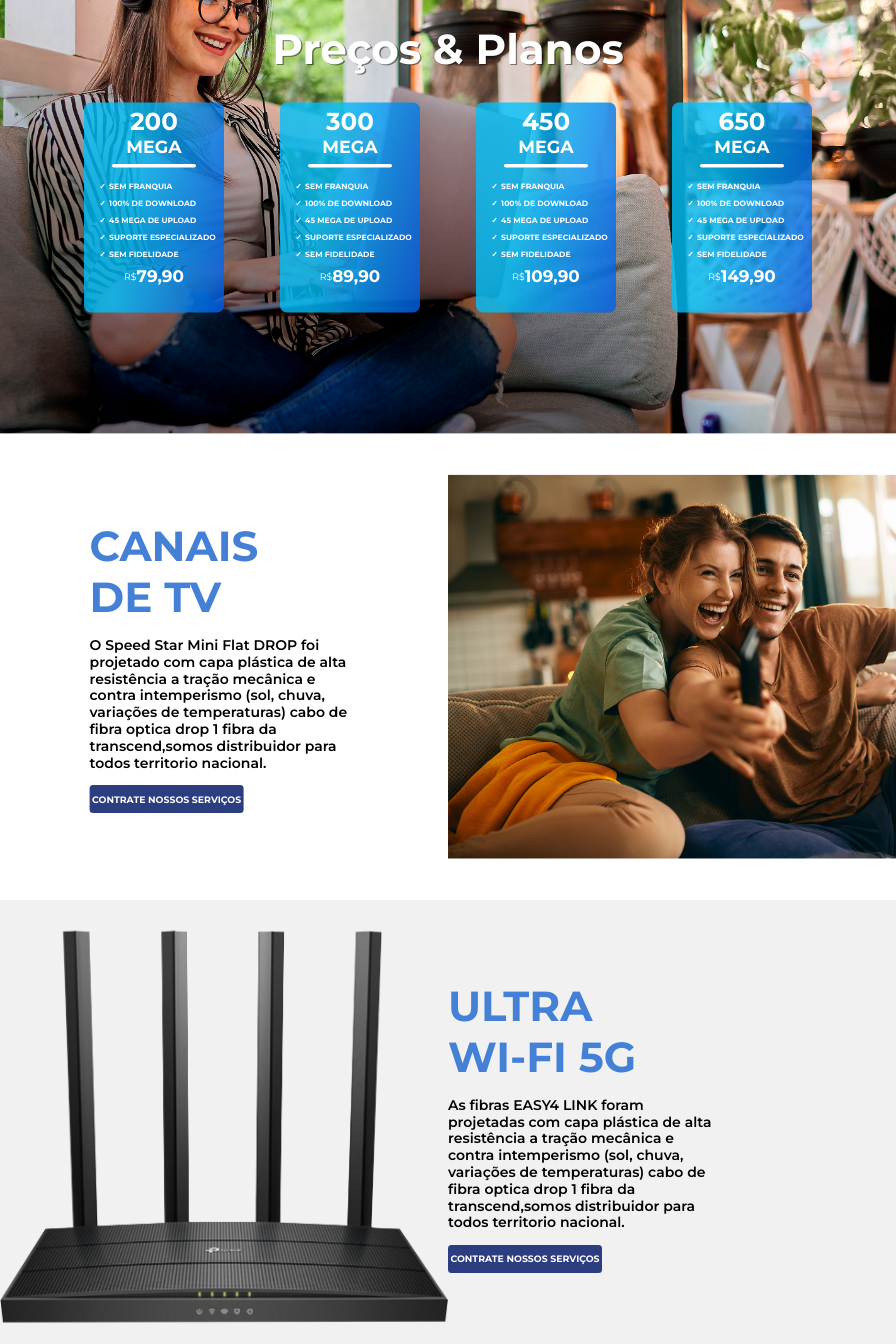
Repository: mateus-henrique-silva/WorkBandaLarga
Page: site_work/src/Pages/campos.html
These files come from the project's save history. The page is drawn as it stood at one moment and after the next save; the edit follows.
The browser window is 1280 px wide. The pictures show the part of the page from y = 1078 to 2998 px (the page is 5184 px tall), at 70% of full size.
Backgrounds fixed to the window are drawn as part of the page. Some web fonts or font styles are not loaded; a fallback is used.

Above is the page before, as saved 2022-09-20 16:07:08.

After the next save:
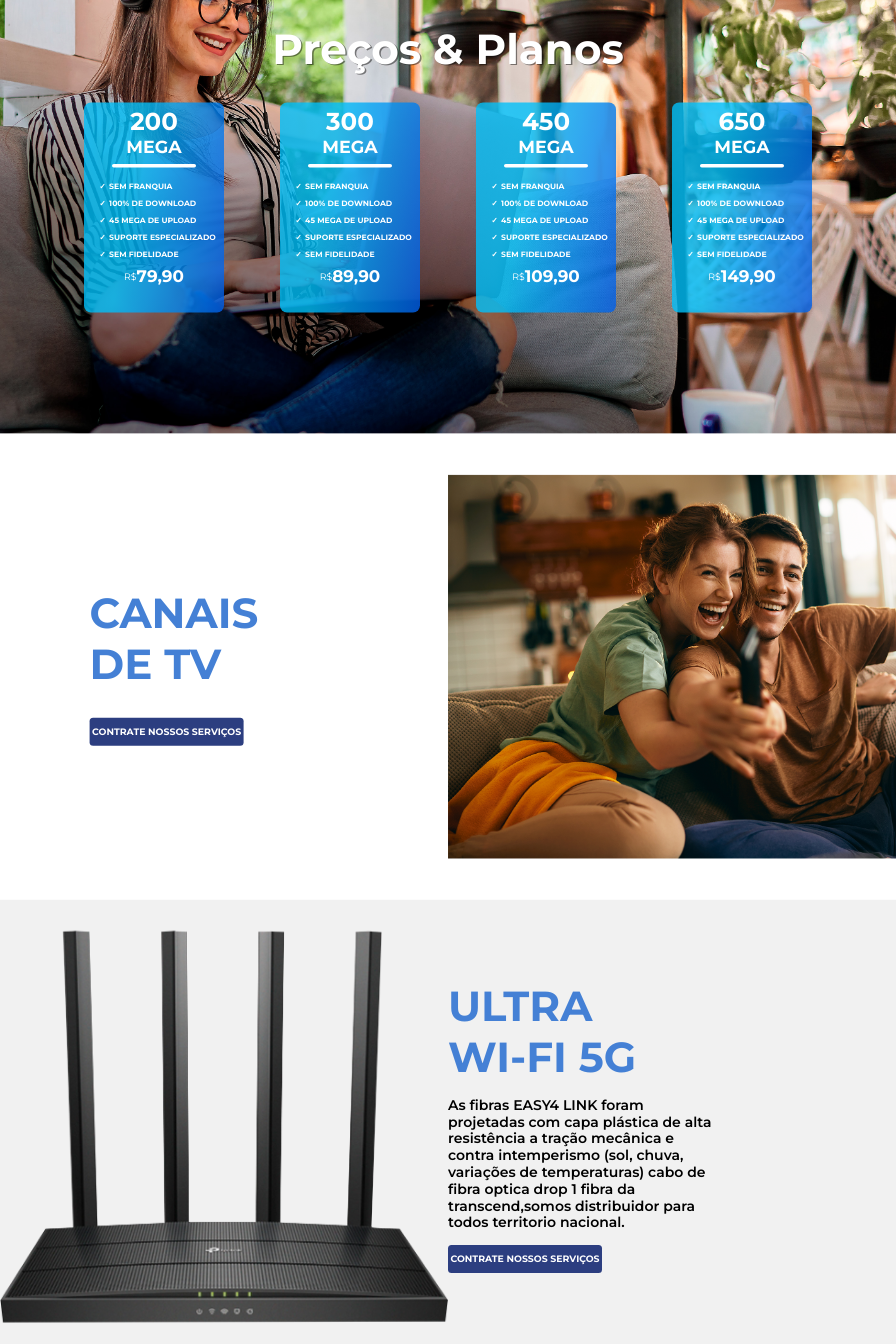
Saved 16 h 10 min later.
--- a/site_work/src/Pages/campos.html
+++ b/site_work/src/Pages/campos.html
@@ -420,11 +420,7 @@
           <div class="ajust-two" >
             <h2>CANAIS <br> DE TV</h2>
             <p >
-              O Speed Star Mini Flat DROP foi projetado com capa plástica de
-              alta resistência a tração mecânica e contra intemperismo (sol,
-              chuva, variações de temperaturas) cabo de fibra optica drop 1
-              fibra da transcend,somos distribuidor para todos territorio
-              nacional.
+
             </p>
             <button onclick="onClickLink()" class="btn-king">
               Contrate nossos serviços
